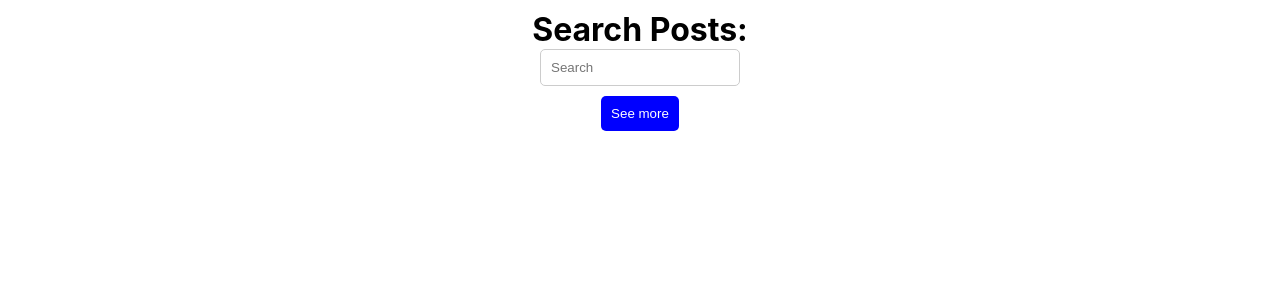
Repository: GiovanaBragio/ReactCourse
Page: / (app in project-1/)
The author's editor kept a copy of each file at every save. The page is drawn from the files as they stood at one save, then again after the next save.
The browser window is 1280 px wide. The pictures show the whole page.
The page's requests for data from a server got no answer. The project was rebuilt for these pictures with package versions that can differ from the ones it lists, and the page was loaded fresh each time. No one was signed in, and anything a server would have sent is missing. Also part of the build but not shown: project-1/src/components/PostCard/PostCard.styles.css, project-1/src/components/PostCard/PostCard.tsx.

Above is the page before, as saved 2025-02-05 16:29:58.

### project-1/src/index.tsx
import React from 'react';
import ReactDOM from 'react-dom/client';
import './index.css';
import Home from './templates/Home/Home';

const root = ReactDOM.createRoot(
  document.getElementById('root') as HTMLElement
);
root.render(
  <React.StrictMode>
    <Home />
  </React.StrictMode>
);

### project-1/src/templates/Home/Home.tsx
import { useEffect, useState } from 'react';
import './Home.css';
import { PostCardProps } from '../../components/PostCard/PostCard.interface';
import Button from '../../components/Button/Button';
import InputText from '../../components/InputText/InputText';
import Post from '../../components/Post/Post';

function Home() {
  const [posts, setPosts] = useState<PostCardProps[]>([]);
  const [isButtonDisabled, setIsButtonDisabled] = useState(false);
  const [nextPosts, setNextPosts] = useState(10);
  const [search, setSearch] = useState('');
  const filterPosts = !!search ? posts.filter(post => post.title.toLowerCase().includes(search.toLowerCase())) : posts;

  useEffect(() => {
    loadPosts();
  }, []);

  const loadPosts = async () => {
    const responsePost = await fetch('https://jsonplaceholder.typicode.com/posts').then(response => response.json());
    const responsePhotos = await fetch('https://dummyjson.com/image/150');

    const postsWithPhotos = responsePost.map((post: PostCardProps, index: number) => {
      return {
        ...post,
        cover: responsePhotos.url
      }
    })

    setPosts(postsWithPhotos);
  }

  const seeMore = () => {
    let newNextPosts = nextPosts + 10;
    if (newNextPosts > 100) {
      setIsButtonDisabled(true);
    }
    setNextPosts(newNextPosts);
  }

  return (
    <div className="Home">
      <div className="Home__search">
        <h1>Search Posts: {search}</h1>
        <InputText
          value={search}
          onChange={(event: React.ChangeEvent<HTMLInputElement>) => setSearch(event.target.value)} />
      </div>
      <Post posts={filterPosts} nextPosts={nextPosts} />
      {!search && (
        <Button
          text={'See more'}
          onClick={seeMore}
          disabled={isButtonDisabled}
        />
      )}
    </div>
  );
}

export default Home;

### project-1/src/templates/Home/Home.css
*{
  margin: 0;
  padding: 0;
  box-sizing: border-box;
}
.Home {
  display: flex;
  flex-direction: column;
  justify-content: center;
  align-items: center;
}

.Home__posts {
  display: grid;
  grid-template-columns: repeat(auto-fill, minmax(300px, 1fr));
}

.Home__search {
  width: 100%;
  display: flex;
  flex-direction: column;
  justify-content: flex-start;
  align-items: center;
  margin: 10px;
}

### project-1/src/components/Button/Button.tsx
import { ButtonProps } from "./Button.interface";
import './Button.styles.css';

const Button = ({ onClick, text, disabled }: ButtonProps) => {
    return (
        <button
            onClick={onClick}
            disabled={disabled}>
            {text}
        </button>
    )
}

export default Button;

### project-1/src/components/InputText/InputText.tsx
import { InputTextProps } from "./InputText.inerface";
import './InputText.styles.css';

const InputText = ({ value, onChange }: InputTextProps) => {
    return (
        <input
            className="inputText"
            type="text"
            placeholder="Search"
            value={value}
            onChange={onChange} />
    )
}

export default InputText;

### project-1/src/components/Post/Post.tsx
import PostCard from "../PostCard/PostCard";
import { PostProps } from "./Post.interface";

const Post = ({posts, nextPosts}: PostProps) => {
    return (
        <div className="Home__posts">
        {posts.slice(0, nextPosts).map(post => (
          <PostCard
            key={post.id}
            id={post.id}
            title={post.title}
            body={post.body}
            cover={post.cover} />
        )
        )}
      </div>
    )
}

export default Post;

### project-1/src/components/Button/Button.styles.css
button {
    color: white;
    padding: 10px;
    border-radius: 5px;
    border: none;
    background-color: blue;
    cursor: pointer;
    transition: all 0.3s ease-in-out;
}

button:hover {
    background-color: darkblue;
}

button:disabled {
    background-color: gray;
    cursor: not-allowed;
}

### project-1/src/components/InputText/InputText.styles.css
.inputText {
    padding: 10px;
    border: 1px solid #ccc;
    border-radius: 5px;
    width: 200px;
}

Loaded but not shown: project-1/public/index.html (common file); project-1/src/index.css (common file)

After the next save:
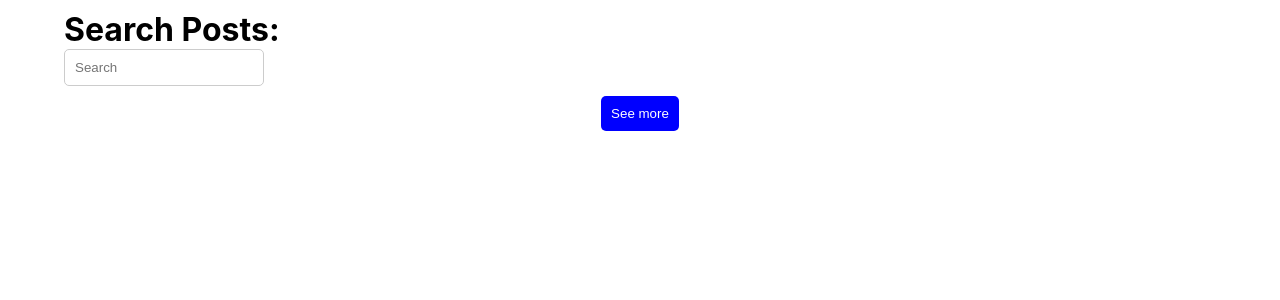
Saved 27 s later.
--- a/project-1/src/templates/Home/Home.css
+++ b/project-1/src/templates/Home/Home.css
@@ -16,10 +16,10 @@
 }
 
 .Home__search {
-  width: 100%;
+  width: 90%;
   display: flex;
   flex-direction: column;
-  justify-content: flex-start;
-  align-items: center;
+  justify-content: center;
+  align-items: flex-start;
   margin: 10px;
 }
